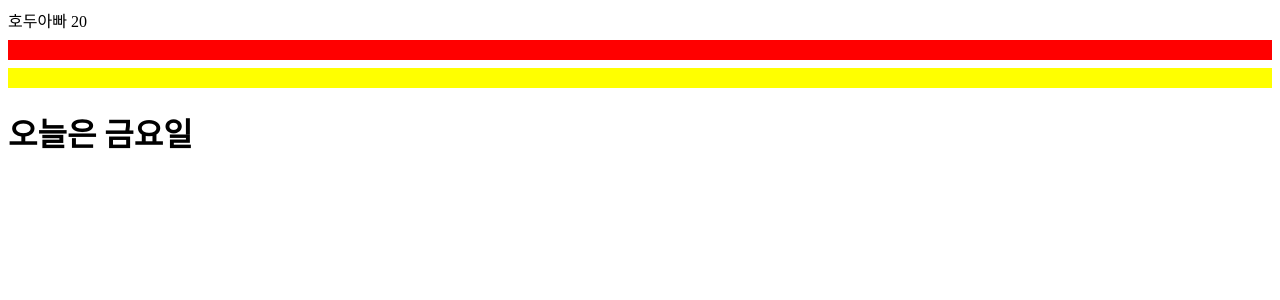
Repository: leejonggwon/Amora-Project
Page: http://localhost/JSP/EX01JSPTest.jsp
The author's editor kept a copy of each file at every save. The page is drawn from the files as they stood at one save, then again after the next save.
The browser window is 1280 px wide. The pictures show the whole page.
The page is served by Tomcat 9.

Above is the page before, as saved 2023-07-21 09:44:47.

After the next save:
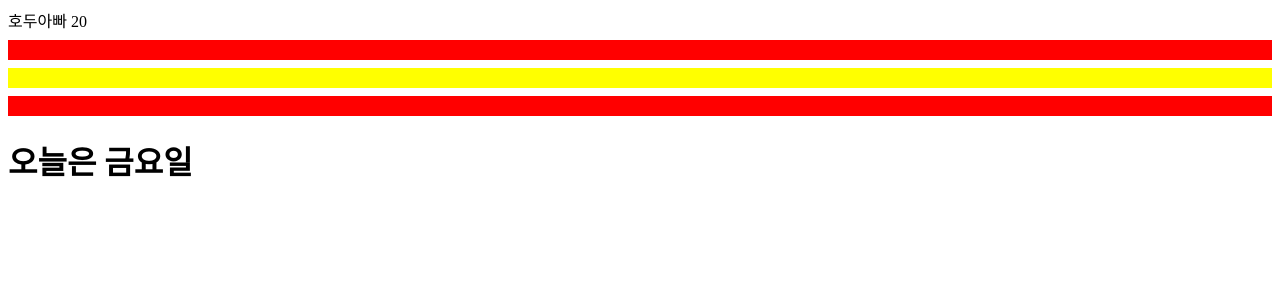
Saved 2 min 5 s later.
--- a/04.Server/JSP/src/main/webapp/EX01JSPTest.jsp
+++ b/04.Server/JSP/src/main/webapp/EX01JSPTest.jsp
@@ -28,14 +28,16 @@
 	String color = "yellow";
 %>
 
+
+
 <%= name %> <!-- 호두아빠 출력 -->
 <%= age %> <!-- 20 출력 -->
 
+
+
 <hr size="20" color ="red"> <!-- <hr>은 선을 만들어준다 -->
 
-<hr size="<%= size %>" color ="<%= color%>" ><!-- size="<%= size %>"로 해도 size값은 같다 -->
-
-
+<hr size="<%= size %>" color ="<%= color%>" >  <!-- size="<%= size %>"로 해도 size값은 같다 -->
 
 
 
@@ -44,7 +46,7 @@
 	<!--  HTML 주석 -->
 	<%-- JSP 주석 --%>
 	<%-- JSP 주석은 개발자 환경에서도 노출되지 않는다 --%>
-
+	<hr size="20" color ="red">
 
 
 

After the save that followed:
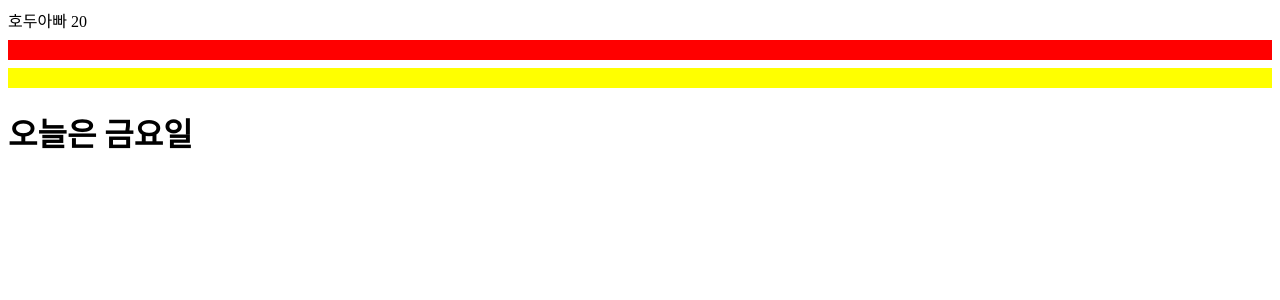
Saved 20 s later.
--- a/04.Server/JSP/src/main/webapp/EX01JSPTest.jsp
+++ b/04.Server/JSP/src/main/webapp/EX01JSPTest.jsp
@@ -46,7 +46,7 @@
 	<!--  HTML 주석 -->
 	<%-- JSP 주석 --%>
 	<%-- JSP 주석은 개발자 환경에서도 노출되지 않는다 --%>
-	<hr size="20" color ="red">
+
 
 
 
